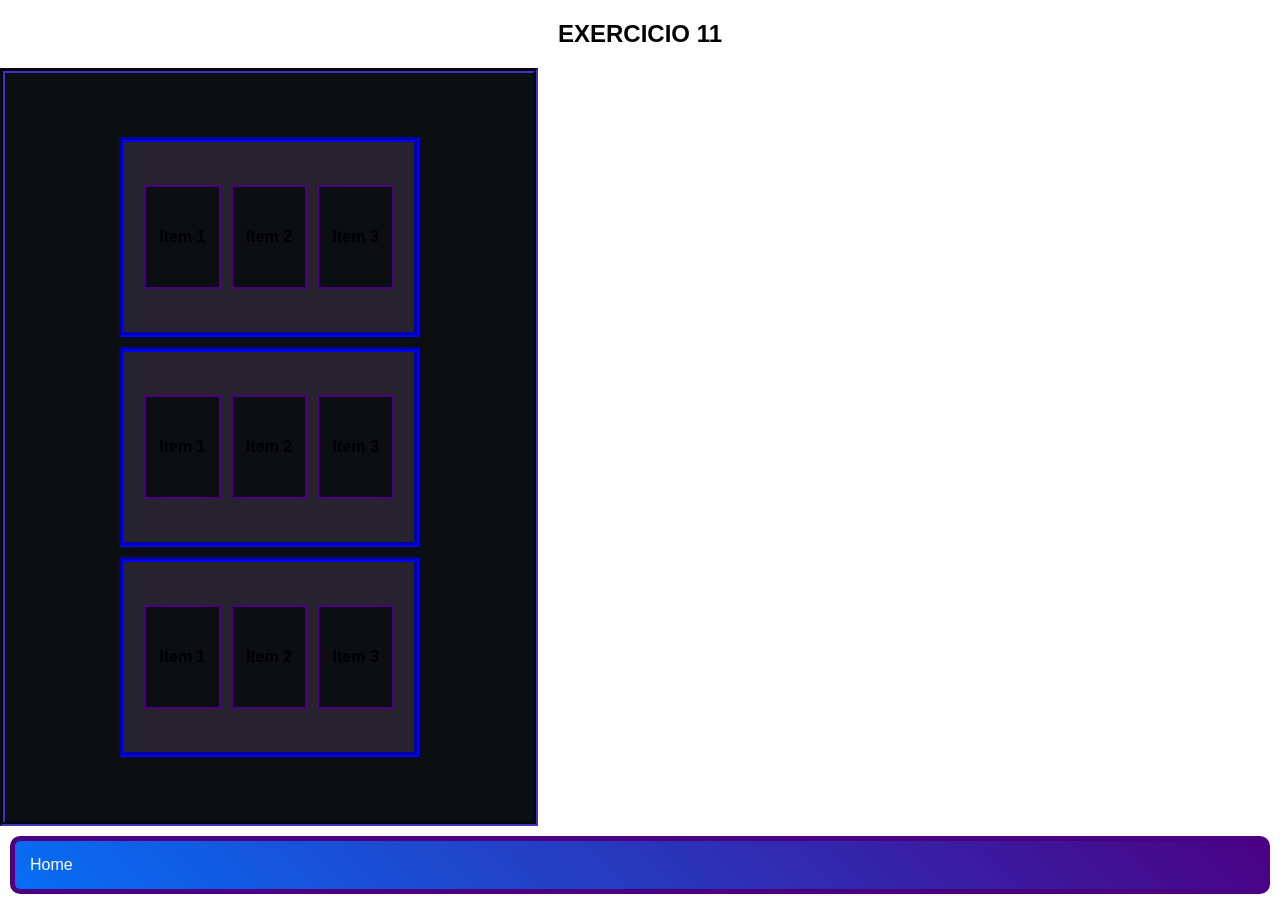
Repository: Elianmrey/TP1-Mobile-First
Page: EXERCISES/EX_11/index.html
These files come from the project's save history. The page is drawn as it stood at one moment and after the next save; the edit follows.
The browser window is 1280 px wide. The pictures show the whole page.

Above is the page before, as saved 2024-08-04 23:31:55.

### EXERCISES/EX_11/index.html
<!DOCTYPE html>
<html lang="en">

<head>
  <link href="style.css" rel="stylesheet" type="text/css" />
  <meta charset="UTF-8">
  <meta name="viewport" content="width=device-width, initial-scale=1.0">
  <title>Document</title>
</head>
<body>

  <div class="titulo">
    <h2>EXERCICIO 11</h2>
  </div>

  <div class="container-principal">

    <div class="container-verticais">

  <div class="item">Item 1</div>
  <div class="item">Item 2</div>
  <div class="item">Item 3 </div>

</div>

<div class="container-verticais">

<div class="item">Item 1</div>
<div class="item">Item 2</div>
<div class="item">Item 3 </div>
</div>

<div class="container-verticais">

  <div class="item">Item 1</div>
  <div class="item">Item 2</div>
  <div class="item">Item 3 </div>
</div>

  </div>
<a href="/../index.html" class="link-home">Home</a>
</body>

</html>

### EXERCISES/EX_11/style.css
body
{
  display: flex ;
  flex-direction: column;
margin: 0;
padding: 0;
font-family: sans-serif;
justify-content: center;
}
.titulo
{
  text-align: center;
}

.container-principal
{
  display: flex;
  flex-direction: column;
  justify-content: space-between;
  gap: 10px;
  border: groove 5px rgb(36, 29, 107);
  padding: 5%;
  width: 400px;
  justify-content:  center;
  align-items: center;
  background-color: rgb(12, 15, 17);
}
.container-verticais
{
  display: flex;
  flex-direction: row;
  border: groove 5px blue;
  gap: 10px;
  width: 250px;
  height: 150px;
  justify-content: center;
  align-items: center;
  padding: 20px;
  background-color: rgb(38, 35, 46);
}

 .item
 {
display: flex;
justify-content: center;
width: 150px;
height:  100px;
list-style: none;
font-family: sans-serif;
font-weight: 600;
border: solid 2px indigo;
 background-color: rgb(12, 15, 17);
 align-items:center;
}

.link-home
{

  margin: 10px;
  padding: 15px;
  text-decoration: none;
  color: white;
  border: solid 5px indigo;
  border-radius: 10px;;
  background: linear-gradient(45deg, rgb(6, 110, 245), rgb(74, 1, 133))
}

After the next save:
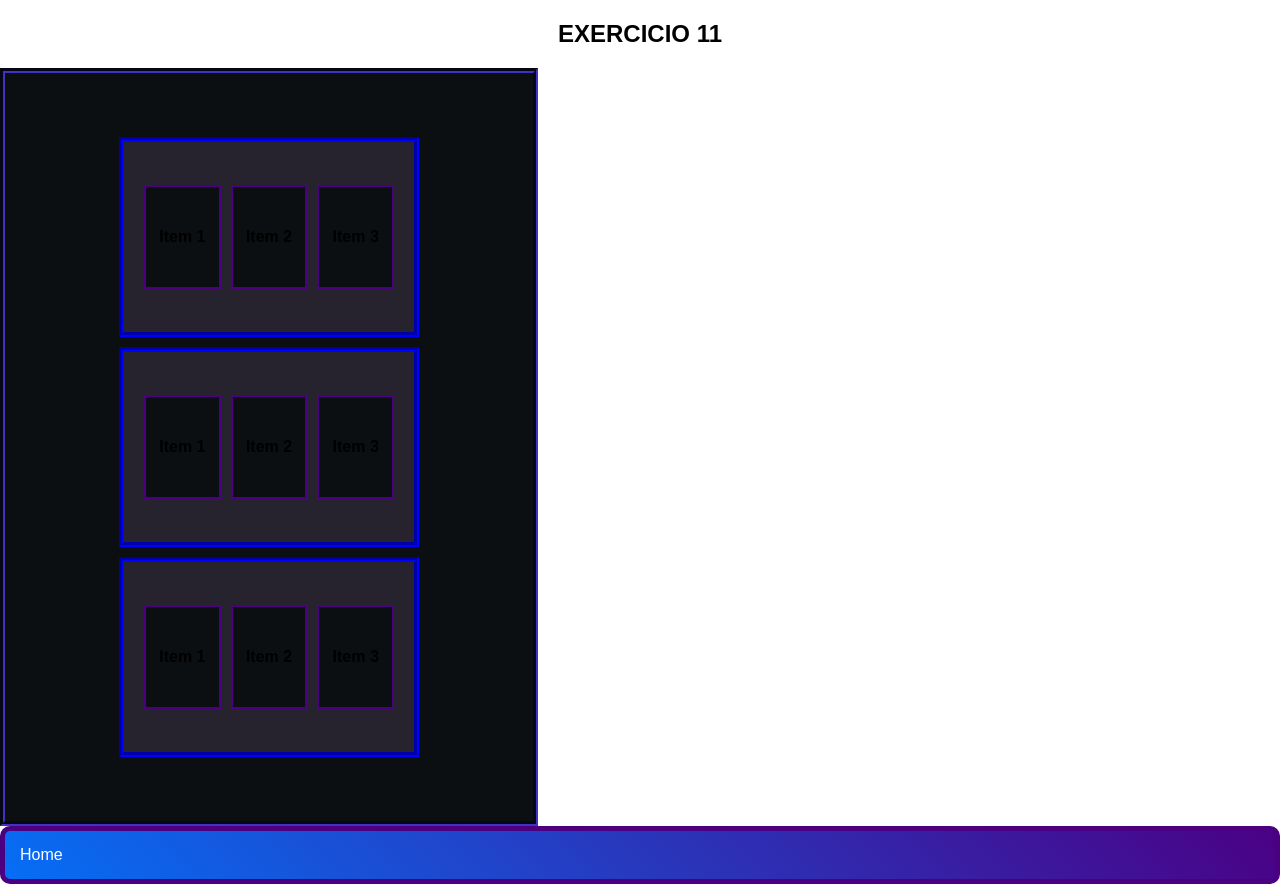
Saved 18 s later.
--- a/EXERCISES/EX_11/style.css
+++ b/EXERCISES/EX_11/style.css
@@ -55,7 +55,7 @@
 
 .link-home
 {
-
+  display
   margin: 10px;
   padding: 15px;
   text-decoration: none;

After the 2 saves that followed:
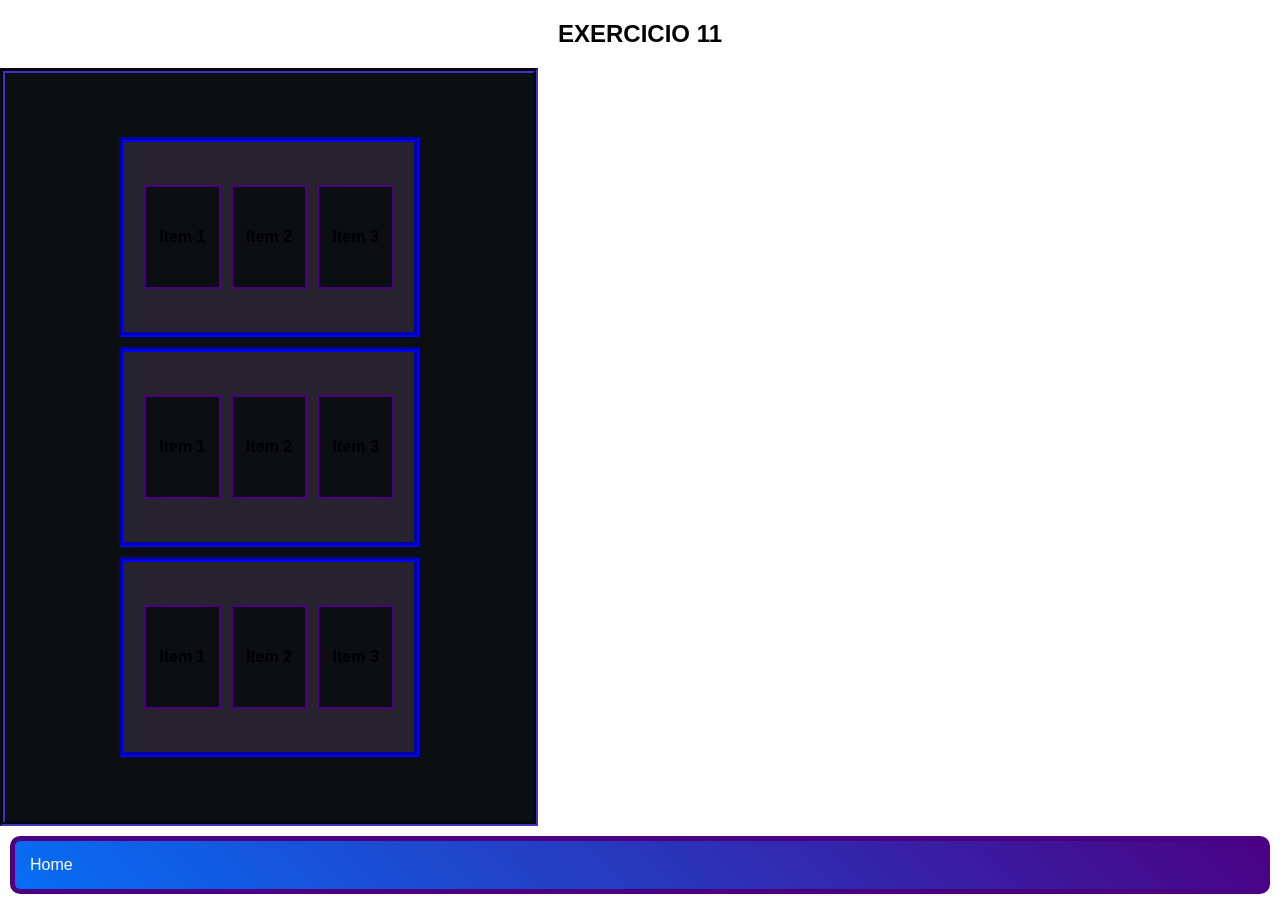
The 2 saves are shown as one change because they came seconds apart.
The last was saved 5 s later.
--- a/EXERCISES/EX_11/style.css
+++ b/EXERCISES/EX_11/style.css
@@ -55,7 +55,7 @@
 
 .link-home
 {
-  display
+  display: block;
   margin: 10px;
   padding: 15px;
   text-decoration: none;
